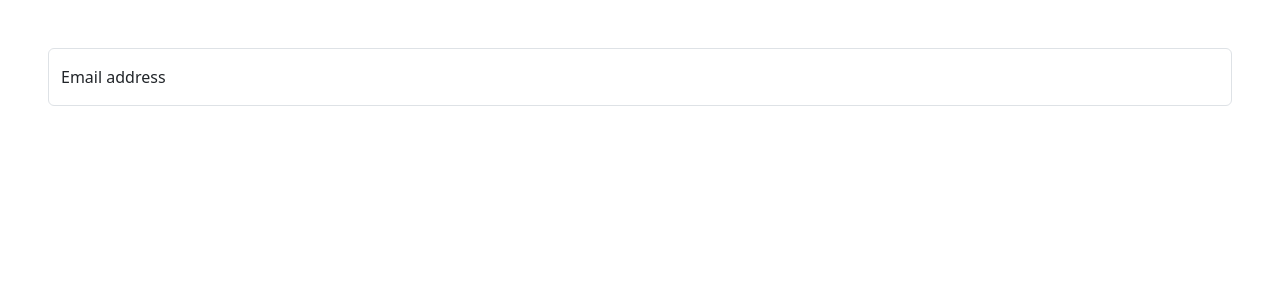
Repository: Riyakashiwala/practical
Page: riya 6th sem/form.html
An editor plug-in stored every save of this project. The page is shown before and after the next save, followed by the edit.
The browser window is 1280 px wide. The pictures show the whole page.

Above is the page before, as saved 2024-12-12 06:00:57.

### riya 6th sem/form.html
<!DOCTYPE html>
<html lang="en">
<head>
    <meta charset="UTF-8">
    <meta name="viewport" content="width=device-width, initial-scale=1.0">
    <title>Document</title>
    <link href="https://cdn.jsdelivr.net/npm/bootstrap@5.3.3/dist/css/bootstrap.min.css" rel="stylesheet" integrity="sha384-QWTKZyjpPEjISv5WaRU9OFeRpok6YctnYmDr5pNlyT2bRjXh0JMhjY6hW+ALEwIH" crossorigin="anonymous">
    <https://cdnjs.cloudflare.com/ajax/libs/font-awesome/6.7.1/css/all.min.css
</head>
<body>
    <div class="form-floating mb-3 m-5">
        <input type="email" class="form-control" id="floatingInput" placeholder="name@example.com">
        <label for="floatingInput">Email address</label>
    </div>
    <script src="https://cdn.jsdelivr.net/npm/bootstrap@5.3.3/dist/js/bootstrap.bundle.min.js" integrity="sha384-YvpcrYf0tY3lHB60NNkmXc5s9fDVZLESaAA55NDzOxhy9GkcIdslK1eN7N6jIeHz" crossorigin="anonymous"></script>
</body>
</html>

After the next save:
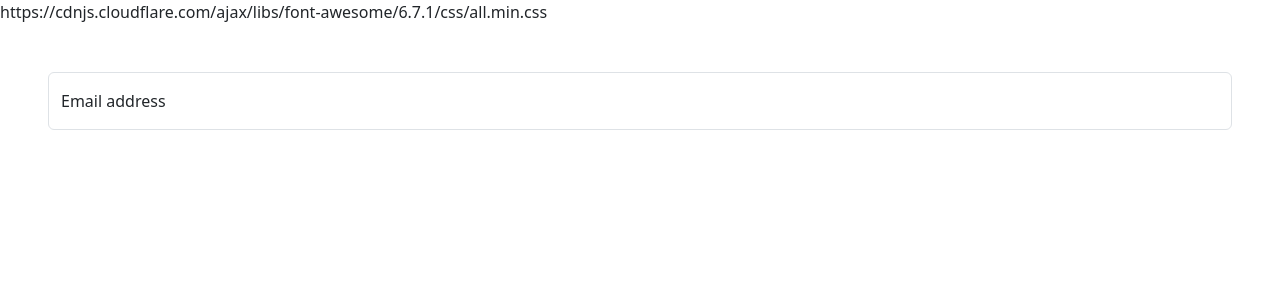
Saved 6 s later.
--- a/riya 6th sem/form.html
+++ b/riya 6th sem/form.html
@@ -5,7 +5,7 @@
     <meta name="viewport" content="width=device-width, initial-scale=1.0">
     <title>Document</title>
     <link href="https://cdn.jsdelivr.net/npm/bootstrap@5.3.3/dist/css/bootstrap.min.css" rel="stylesheet" integrity="sha384-QWTKZyjpPEjISv5WaRU9OFeRpok6YctnYmDr5pNlyT2bRjXh0JMhjY6hW+ALEwIH" crossorigin="anonymous">
-    <https://cdnjs.cloudflare.com/ajax/libs/font-awesome/6.7.1/css/all.min.css
+    <link rel="stylesheet" href="">https://cdnjs.cloudflare.com/ajax/libs/font-awesome/6.7.1/css/all.min.css
 </head>
 <body>
     <div class="form-floating mb-3 m-5">

After the save that followed:
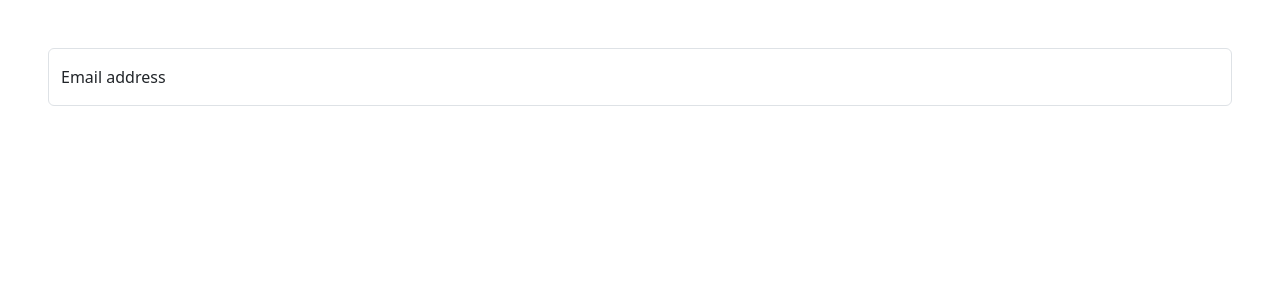
Saved 16 s later.
--- a/riya 6th sem/form.html
+++ b/riya 6th sem/form.html
@@ -5,7 +5,7 @@
     <meta name="viewport" content="width=device-width, initial-scale=1.0">
     <title>Document</title>
     <link href="https://cdn.jsdelivr.net/npm/bootstrap@5.3.3/dist/css/bootstrap.min.css" rel="stylesheet" integrity="sha384-QWTKZyjpPEjISv5WaRU9OFeRpok6YctnYmDr5pNlyT2bRjXh0JMhjY6hW+ALEwIH" crossorigin="anonymous">
-    <link rel="stylesheet" href="">https://cdnjs.cloudflare.com/ajax/libs/font-awesome/6.7.1/css/all.min.css
+    <link rel="stylesheet" href="">
 </head>
 <body>
     <div class="form-floating mb-3 m-5">
